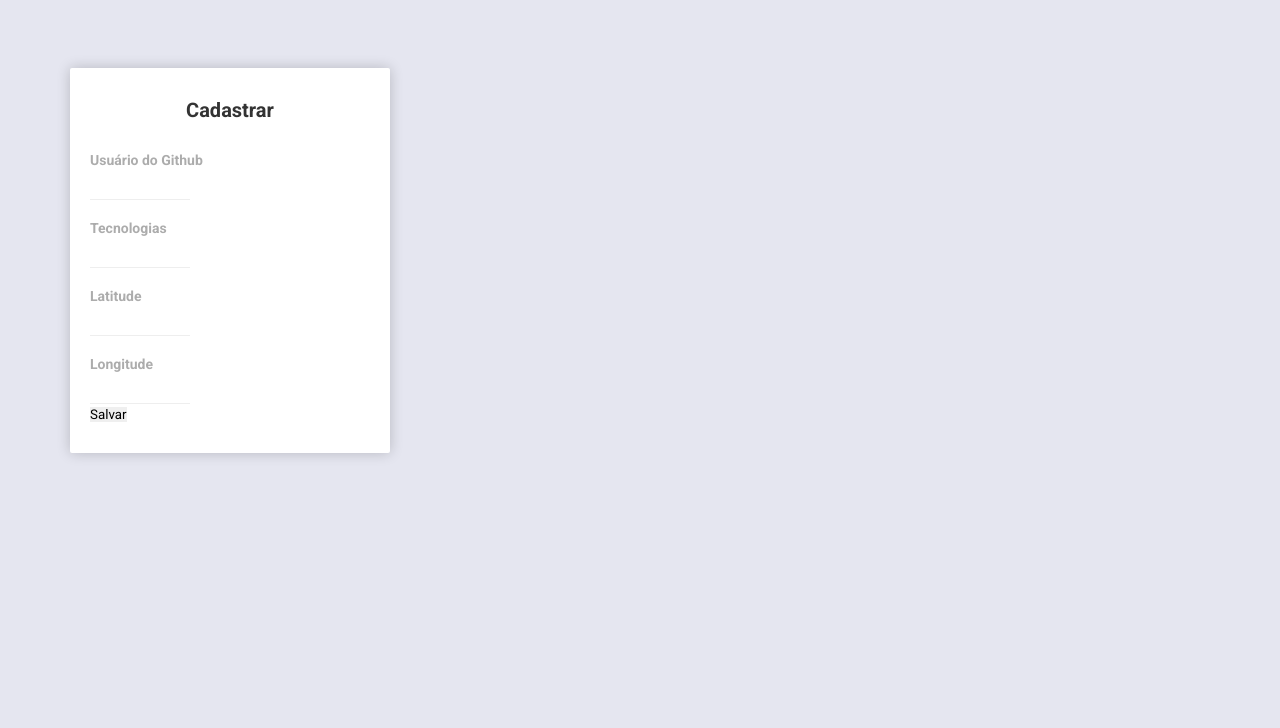
Repository: Jonatas-Castro/react_frontend
Page: /
These files come from the project's save history. The page is drawn as it stood at one moment and after the next save; the edit follows.
The browser window is 1280 px wide. The pictures show the whole page.
The project was rebuilt for these pictures with package versions that can differ from the ones it lists, and the page was loaded fresh each time. Also part of the build but not shown: src/Mean.css.

Above is the page before, as saved 2020-01-16 15:14:28.

### src/App.js
import React from 'react';
import './global.css';
import './App.css';
import './Sidebar.css';
import './Mean.css';

// Componente: Bloco isolado de HTML, CSS OU JS, o quel não interfere no restante da aplicação.
// Propriedade: Informações que um componente PAI passa para um componente FILHO
// estado: Informações mantidas pelo componente (Lembrar : Imutabilidade)


function App() {

  return (
    <div id="app">
      <aside>
        <strong>Cadastrar</strong>
        <form action="">

          <div class="input-block">
            <label htmlFor="github_username">Usuário do Github</label>
            <input type="text" name="github_username" id="github_username" required />
          </div>

          <div class="input-block">
            <label htmlFor="techs">Tecnologias</label>
            <input type="text" name="techs" id="techs" required />
          </div>

          <div className="input-group">
            <div class="input-block">
              <label htmlFor="latitude">Latitude</label>
              <input type="text" name="latitude" id="latitude" required />
            </div>
            <div class="input-block">
            <label htmlFor="longitude">Longitude</label>
            <input type="text" name="longitude" id="longitude" required />
          </div>
          </div>
          <button type="submit">Salvar</button>
        </form>
      </aside>
      <main></main>
    </div>
   );
}

export default App;

### src/global.css
@import url('https://fonts.googleapis.com/css?family=Roboto:400,700&display=swap');
*{
    border:0;
    padding: 0;
    outline: 0;
    box-sizing: border-box;
}
html,body,#root{
    height: 100%;
}
body{
    background: #e5e6f0;
    -webkit-font-smoothing: antialiased;
}

body, input, button{
    font-family: roboto, sans-serif;
}

### src/App.css
#app{
    max-width: 1200px;
    margin: 0 auto;
    padding:60px 30px;
    display: flex;
    flex-direction: row;
    align-items: flex-start;
}

### src/Sidebar.css
aside{
    width: 320px;
    background: #fff;
    box-shadow:0 0 14px 0 rgba(0, 0, 0, 0.2);
    border-radius: 2px;
    padding: 30px 20px;
}
aside strong{
    font-size: 20px;
    text-align: center;
    display: block;
    color: #333;
}
aside form{
    margin-top: 30px;

}
aside form .input-block +.input-block{
    margin-top: 20px;
}

aside form .input-group{
    margin-top: 20px;
}

aside form .input-block label{
    color:#acacac;
    font-size: 14px;
    font-weight: bold;
    display: block;
}
aside form .input-block input{
    width: 100px;
    height: 32px;
    font-size: 14px;
    color: #777;
    border: 0;
    border-bottom: 1px solid #eee;
}

Loaded but not shown: public/index.html (common file); src/index.js (common file)

After the next save:
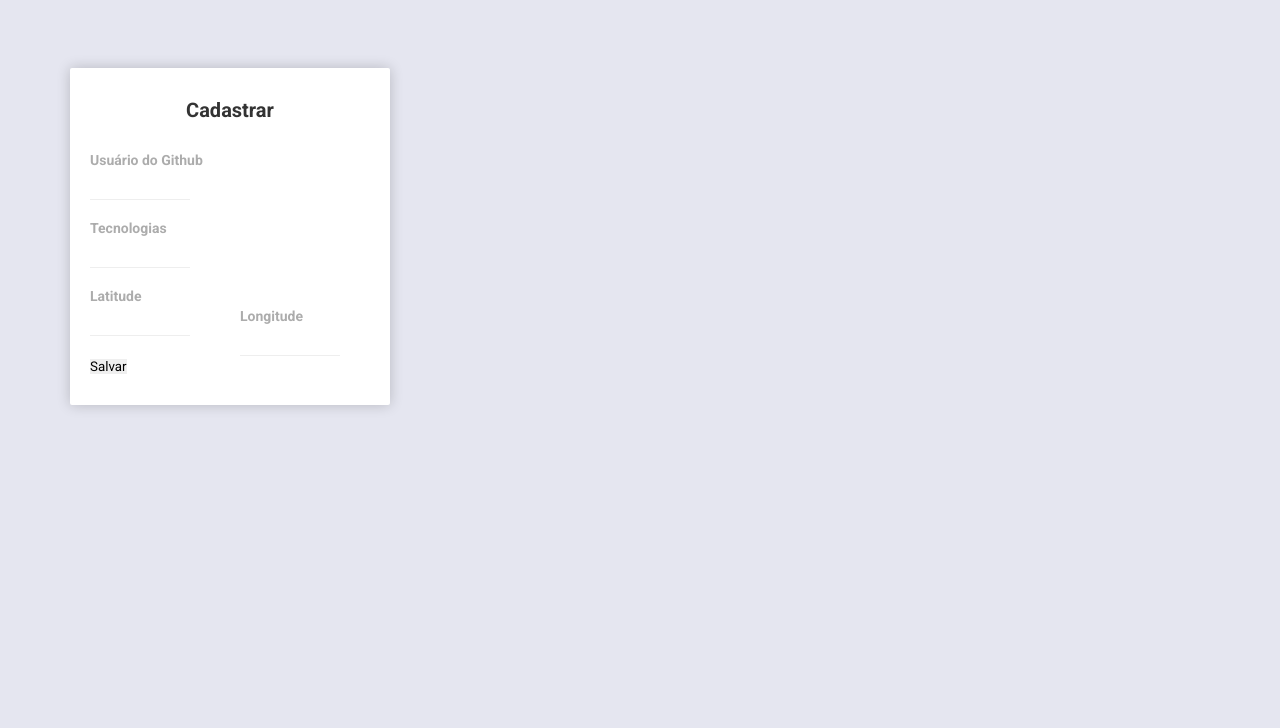
Saved 51 s later.
--- a/src/Sidebar.css
+++ b/src/Sidebar.css
@@ -21,6 +21,9 @@ aside form .input-block +.input-block{
 
 aside form .input-group{
     margin-top: 20px;
+    display: grid;
+    gap: 20px;
+    grid-template-columns: 1fr 1fr;
 }
 
 aside form .input-block label{
